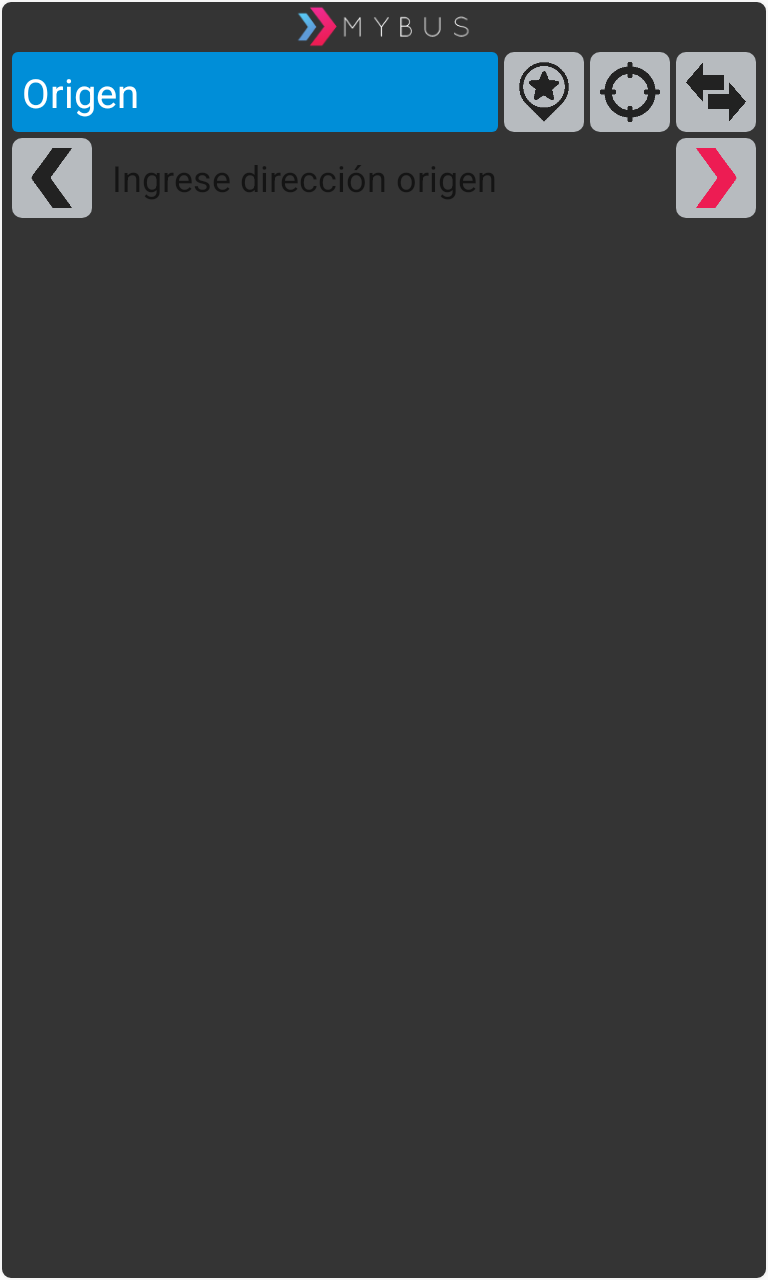
Repository: cooliopas/MyBus
Layout: MyBusAndroid/res/layout/fragment_filters.xml
An editor plug-in stored every save of this project. The layout is shown before and after the next save, followed by the edit.
It is drawn on a 768 x 1280 px phone screen (xhdpi) without system bars, with theme AppTheme; the app's code is not run. The app's manifest (not shown) leaves right-to-left support off. So textAlignment, textDirection and layoutDirection are ignored, and left and right values win over start and end ones.

Above is the layout before, as saved 2014-09-11 15:34:33.

### MyBusAndroid/res/layout/fragment_filters.xml
<?xml version="1.0" encoding="utf-8"?>
<LinearLayout xmlns:android="http://schemas.android.com/apk/res/android"
    android:id="@+id/layout_main_filter"
    android:layout_width="match_parent"
    android:layout_height="wrap_content"
    android:background="@layout/layout_bg"
    android:gravity="center|top"
    android:orientation="vertical" >

    <LinearLayout
        android:layout_width="match_parent"
        android:layout_height="26dp"
        android:gravity="center"
        android:paddingBottom="1dp"
        android:paddingTop="1dp" >

        <ImageView
            android:id="@+id/imageView1"
            android:layout_width="100dp"
            android:layout_height="24dp"
            android:scaleType="fitCenter"
            android:src="@drawable/logoblanco" />

    </LinearLayout>

    <LinearLayout
        android:layout_width="match_parent"
        android:layout_height="wrap_content"
        android:layout_marginBottom="3dp"
        android:background="@null"
        android:orientation="horizontal"
        android:paddingLeft="3dp"
        android:paddingRight="3dp" >

        <LinearLayout
            android:id="@+id/layout_orig_dest"
            android:layout_width="match_parent"
            android:layout_height="match_parent"
            android:layout_marginLeft="3dp"
            android:layout_weight="1"
            android:background="@layout/statusmode_origin"
            android:gravity="center|left"
            android:paddingLeft="5dp"
            android:paddingRight="0dp"
            android:paddingStart="5dp" >

            <TextView
                android:id="@+id/tv_orig_dest"
                android:layout_width="wrap_content"
                android:layout_height="wrap_content"

                android:text="@string/Origin"
                android:textAppearance="?android:attr/textAppearanceSmall"
                android:textColor="@color/pure_white"
                android:textSize="20dp"
                android:typeface="sans" />

        </LinearLayout>

        <LinearLayout
            android:layout_width="wrap_content"
            android:layout_height="match_parent"
            android:gravity="center|right" >

            <LinearLayout
                android:id="@+id/Layout_star"
                android:layout_width="wrap_content"
                android:layout_height="wrap_content"
                android:background="@null" >

                <ImageButton
                    android:id="@+id/b_favorites"
                    style="@style/ButtonDefaultStyle"
                    android:layout_marginLeft="3dp"
                    android:padding="5dp"
                    android:scaleType="fitXY"
                    android:src="@drawable/favorite" />

            </LinearLayout>

            <LinearLayout
                android:id="@+id/Layout_gps"
                android:layout_width="wrap_content"
                android:layout_height="wrap_content"
                android:background="@null" >

                <ImageButton
                    android:id="@+id/b_gps"
                    style="@style/ButtonDefaultStyle"
                    android:layout_marginLeft="3dp"
                    android:padding="5dp"
                    android:scaleType="fitXY"
                    android:src="@drawable/location" />

            </LinearLayout>

            <LinearLayout
                android:layout_width="wrap_content"
                android:layout_height="wrap_content" >

                <ImageButton
                    android:id="@+id/b_switch"
                    style="@style/ButtonDefaultStyle"
                    android:layout_marginLeft="3dp"
                    android:layout_marginRight="3dp"
                    android:cropToPadding="false"
                    android:padding="5dp"
                    android:scaleType="fitXY"
                    android:src="@drawable/cambio" />

            </LinearLayout>

        </LinearLayout>

    </LinearLayout>

    <RelativeLayout
        android:layout_width="wrap_content"
        android:layout_height="wrap_content"
        android:background="@null"
        android:paddingBottom="5dp"
        android:paddingLeft="3dp"
        android:paddingRight="3dp" >

        <LinearLayout
            android:id="@+id/Layout_origin"
            android:layout_width="match_parent"
            android:layout_height="wrap_content"
            android:background="@null"
            android:gravity="center"
            android:visibility="visible" >

            <ImageButton
                android:id="@+id/b_back_1"
                style="@style/ButtonDefaultStyle"
                android:layout_marginLeft="3dp"
                android:padding="5dp"
                android:scaleType="fitXY"
                android:src="@drawable/backhome" />

            <EditText
                android:id="@+id/et_origin"
                android:layout_width="match_parent"
                android:layout_height="match_parent"
                android:layout_marginLeft="10dp"
                android:layout_marginRight="10dp"
                android:layout_weight="1"
                android:background="@color/mybus_gray_dark"
                android:ems="10"
                android:hint="@string/IngreseOrigen"
                android:inputType="textPersonName"

                android:textColor="@color/white"
                android:typeface="sans" />

            <ImageButton
                android:id="@+id/b_confirm_origin"
                style="@style/ButtonDefaultStyle"
                android:layout_height="40dp"
                android:layout_marginRight="3dp"
                android:padding="5dp"
                android:scaleType="fitXY"
                android:src="@drawable/nextdestino" />

        </LinearLayout>

        <LinearLayout
            android:id="@+id/Layout_destiny"
            android:layout_width="match_parent"
            android:layout_height="wrap_content"
            android:background="@null"
            android:gravity="center"
            android:visibility="invisible" >

            <ImageButton
                android:id="@+id/b_back_2"
                style="@style/ButtonDefaultStyle"
                android:layout_marginLeft="3dp"
                android:padding="5dp"
                android:scaleType="fitXY"
                android:src="@drawable/backorigen" />

            <EditText
                android:id="@+id/et_destiny"
                android:layout_width="match_parent"
                android:layout_height="match_parent"
                android:layout_marginLeft="10dp"
                android:layout_marginRight="10dp"
                android:layout_weight="1"
                android:background="@color/mybus_gray_dark"
                android:hint="@string/IngreseDestino"
                android:inputType="textPersonName"
                android:textColor="@color/white"
                android:typeface="sans" />

                <!-- android:textColorLink="@android:color/holo_blue_light"  -->

            <ImageButton
                android:id="@+id/b_confirm_destiny"
                style="@style/ButtonDefaultStyle"
                android:layout_marginRight="3dp"
                android:padding="4dp"
                android:scaleType="fitXY"
                android:src="@drawable/botonbuscar" />

        </LinearLayout>

    </RelativeLayout>

</LinearLayout>

### MyBusAndroid/res/values/styles.xml
<resources xmlns:android="http://schemas.android.com/apk/res/android">

    <!--
        Base application theme, dependent on API level. This theme is replaced
        by AppBaseTheme from res/values-vXX/styles.xml on newer devices.




    -->
    <style name="AppBaseTheme" parent="@style/Theme.AppCompat.Light">
        <!--
            Theme customizations available in newer API levels can go in
            res/values-vXX/styles.xml, while customizations related to
            backward-compatibility can go here.




        -->
    </style>

    <!-- Application theme. -->
    <style name="AppTheme" parent="AppBaseTheme">

        <!-- All customizations that are NOT specific to a particular API-level can go here. -->
        <item name="android:actionBarStyle">@style/MyBusActionBar</item>
        <item name="actionBarStyle">@style/MyBusActionBar</item>

   		<!-- Straight import from http://stackoverflow.com/questions/16404820/how-to-set-default-font-family-for-entire-android-app -->
   	    <!--  <item name="android:textViewStyle">@style/RobotoTextViewStyle</item>
   	    <item name="android:editTextStyle">@style/RobotoTextViewStyle</item>
	    <item name="android:buttonStyle">@style/RobotoButtonStyle</item>-->
	    <item name="android:typeface">sans</item>

    </style>

    <style name="listRow" parent="android:Widget.Holo.Light.TextView">
        <item name="android:textColor">@color/white</item>
        <item name="android:layout_width">wrap_content</item>
        <item name="android:layout_height">wrap_content</item>
    </style>

    <style name="list" parent="android:Widget.Holo.Light.TextView">
        <item name="android:background">@color/mybus_gray_light</item>
        <item name="android:layout_width">wrap_content</item>
        <item name="android:layout_height">wrap_content</item>
    </style>

    <!-- Straight import from http://stackoverflow.com/questions/16404820/how-to-set-default-font-family-for-entire-android-app -->
    <style name="RobotoTextViewStyle" parent="android:Widget.TextView">
        <item name="android:typeface">sans</item>
    </style>

    <style name="RobotoButtonStyle" parent="android:Widget.Holo.Button">
        <item name="android:fontFamily">sans-serif-light</item>
    </style>

    <!-- Straight import from http://stackoverflow.com/questions/5861661 -->
    <style name="MyBusActionBar" parent="@style/Widget.AppCompat.Light.ActionBar">
        <item name="android:background">@color/mybus_gray_dark</item>
        <item name="background">@color/mybus_gray_dark</item>
        <item name="android:titleTextStyle">@style/ActionBarTitleText</item>
        <item name="titleTextStyle">@style/ActionBarTitleText</item>
    </style>

    <style name="ActionBarTitleText" parent="@style/TextAppearance.AppCompat.Widget.ActionBar.Title">
        <item name="android:textColor">@color/white</item>
    </style>

    <style name="ActionBarSubTitleText" parent="@style/TextAppearance.AppCompat.Widget.ActionBar.Subtitle">
        <item name="android:textColor">@color/white</item>
    </style>

    <style name="DefaultWhiteText" parent="@style/AppTheme">
        <item name="android:textColor">@color/white</item>
    </style>

    <style name="ButtonDefaultStyle">
        <item name="android:background">@layout/button_bg</item>
        <item name="background">@layout/button_bg</item>
        <item name="android:layout_width">40dp</item>
        <item name="android:layout_height">40dp</item>
    </style>

    <style name="Bg_infobus">
        <item name="android:background">@layout/litght_bg_infobus</item>
        <item name="background">@layout/litght_bg_infobus</item>
        <item name="android:layout_width">50dp</item>
        <item name="android:layout_height">wrap_content</item>
    </style>

</resources>

### MyBusAndroid/res/values-v14/styles.xml
<resources>

    <!--
        Base application theme for API 14+. This theme completely replaces
        AppBaseTheme from BOTH res/values/styles.xml and
        res/values-v11/styles.xml on API 14+ devices.
    -->
    <style name="AppBaseTheme" parent="@style/Theme.AppCompat.Light">
        <!-- API 14 theme customizations can go here. -->
    </style>

</resources>

### MyBusAndroid/res/values/colors.xml
<?xml version="1.0" encoding="utf-8"?>
<resources>
    <item name="fondo_row" type="color">#f5f5f5</item>
    <item name="color_511a" type="color">#4d0302</item>
    <item name="color_511b" type="color">#4d0302</item>
    <item name="color_511ch" type="color">#4d0302</item>
    <item name="color_511f" type="color">#4d0302</item>
    <item name="color_511g" type="color">#4d0302</item>
    <item name="color_511p" type="color">#4d0302</item>
    <item name="color_511Ron" type="color">#4d0302</item>
    <item name="color_512a" type="color">#4d0302</item>
    <item name="color_512b" type="color">#4d0302</item>
    <item name="color_521" type="color">#d60405</item>
    <item name="color_522" type="color">#d60405</item>
    <item name="color_523" type="color">#d60405</item>
    <item name="color_525" type="color">#d60405</item>
    <item name="color_531" type="color">#2c800e</item>
    <item name="color_532" type="color">#2c800e</item>
    <item name="color_533" type="color">#2c800e</item>
    <item name="color_541" type="color">#d60405</item>
    <item name="color_542" type="color">#d60405</item>
    <item name="color_543" type="color">#d60405</item>
    <item name="color_551" type="color">#d60405</item>
    <item name="color_552" type="color">#d60405</item>
    <item name="color_552a" type="color">#d60405</item>
    <item name="color_553" type="color">#d60405</item>
    <item name="color_554" type="color">#d60405</item>
    <item name="color_555" type="color">#d60405</item>
    <item name="color_562" type="color">#00338e</item>
    <item name="color_563a" type="color">#00338e</item>
    <item name="color_563b" type="color">#00338e</item>
    <item name="color_571a" type="color">#f77306</item>
    <item name="color_571b" type="color">#f77306</item>
    <item name="color_573" type="color">#f77306</item>
    <item name="color_573b" type="color">#f77306</item>
    <item name="color_581" type="color">#e50000</item>
    <item name="color_591a" type="color">#2e88d6</item>
    <item name="color_591b" type="color">#2e88d6</item>
    <item name="color_593a" type="color">#2e88d6</item>
    <item name="color_593b" type="color">#2e88d6</item>
    <item name="color_717cv" type="color">#4d0302</item>
    <item name="color_717lp" type="color">#4d0302</item>
    <item name="color_717sp" type="color">#4d0302</item>
    <item name="color_720" type="color">#01755e</item>
    <item name="origin_blue" type="color">#008ed8</item>
    <item name="dest_purple" type="color">#d80056</item>
    <item name="white" type="color">#FFFFFF</item>
    <item name="black" type="color">#000000</item>
    <item name="mybus_gray_dark" type="color">#343434</item>
    <item name="mybus_gray_light" type="color">#6b6b6b</item>
  	<item name="background_base_window" type="color">#eeeeee</item>
  	<item name="pure_white" type="color">#ffffff</item>
  	<item name="naranja1" type="color">#D7AD00</item>
  	<item name="light_gray" type="color">#b7bbbf</item>
  	<item name="splash_silver" type="color">#f2f2f3</item>


</resources>

### MyBusAndroid/res/layout/layout_bg.xml
<?xml version="1.0" encoding="utf-8"?>
<shape xmlns:android="http://schemas.android.com/apk/res/android">
    <solid android:color="@color/mybus_gray_dark"/>
    <stroke android:width="1dip" android:color="#f5f5f5" />
    <corners android:radius="5dip"/>
    <padding android:left="0dip" android:top="0dip" android:right="0dip" android:bottom="0dip" />
</shape>

### MyBusAndroid/res/layout/statusmode_origin.xml
<?xml version="1.0" encoding="utf-8"?>
<shape xmlns:android="http://schemas.android.com/apk/res/android">
    <solid android:color="@color/origin_blue"/>
    <stroke android:width="0dip" android:color="#B1BCBE" />
    <corners android:radius="3dip"/>
    <padding android:left="5dip" android:top="0dip" android:right="0dip" android:bottom="0dip" />
</shape>

### MyBusAndroid/res/values/strings.xml
<?xml version="1.0" encoding="utf-8"?>
<resources>

    <string-array name="navigation_drawer_items_array">
        <item>Lugares favoritos</item>
        <item>Puntos de carga cercanos</item>
        <item>Tarifas</item>
        <item>Recorridos</item>
        <item>Configuración</item>
    </string-array>

    <string name="app_name">MyBus</string>
    <string name="action_settings">Settings</string>
    <string name="title_section1">Section 1</string>
    <string name="title_section2">Section 2</string>
    <string name="title_section3">Section 3</string>
    <string name="closest_recharge_points">Puntos de recarga cercanos</string>
    <string name="confirm">Confirmar</string>
    <string name="deletion_confirmation">¿Quiere borrar esta ubicación?</string>
    <string name="favorites_list_purge">Vaciar lista</string>
    <string name="btn_show_on_map">Mostrar en mapa</string>
    <string name="label_check_favorites">Mostrar favoritos en el mapa</string>
    <string name="label_check_stations">Mostrar puntos de carga en el mapa</string>
    <string name="reselect_message">¿Desea reseleccionar el punto?</string>
    <string name="Select">Seleccionar</string>
    <string name="Origin">Origen</string>
    <string name="Destination">Destino</string>
    <string name="Destinationlocation">Ubicación de destino</string>
    <string name="Originlocation">Ubicación de origen</string>
    <string name="Favorites">Favoritos</string>
    <string name="MarkerOptions">Opciones del Marcador</string>
    <string name="Buses">Colectivos</string>
    <string name="action_bar_show_map">Mostrar mapa</string>
    <string name="FavName">Nombre del favorito</string>
    <string name="Time">Tiempo</string>
    <string name="Km">Km.</string>
    <string name="Distance">Dist.</string>
    <string name="Caminar">Caminar</string>
    <string name="HaciaParada">hacia</string>
    <string name="Tomar">Tomar </string>
    <string name="Descender">Descender en</string>
    <string name="InfoRecorrido">Informacion de Recorrido</string>
    <string name="CargandoRuta">"Cargando ruta..."</string>
    <string name="NoResults">No se encontraron resultados para esta búsqueda</string>
    <string name="warning_trash_favorites">¿Realmente desea vaciar la lista de favoritos?</string>
    <string name="CaminarHasta">Caminar hasta</string>
	<string name="MiPosicionActual">Mi posición actual</string>
	<string name="Yo">Yo</string>
	<string name="PuntoFueraDeRango">Este punto está fuera de rango</string>
	<string name="Minutos">Minutos</string>
	<string name="Kms">Kms.</string>
	<string name="Minutos2">Min.</string>
	<string name="recharge_point_schedule">"Horario: "</string>
	<string name="mode_recharge_stations">Modo de mapa: puntos de recarga</string>
	<string name="recharge_stations">Puntos de recarga</string>
	<string name="map_failure_warning">No se puede crear el mapa</string>
	<string name="marker_loading">Buscando Ubicación...</string>
	<string name="server_connection_failure_notice">No se puede conectar con el servidor</string>
	<string name="queried_address_failure">No hay resultados para el domicilio solicitado</string>
	<string name="bus_stop">Parada</string>
	<string name="bus_line">"Línea "</string>
	<string name="line_start">(principio)</string>
	<string name="line_end">(fin)</string>
	<string name="favorites_list_empty">No has creado ubicaciones favoritas aún.</string>
	<string name="correct_value_origin">Ingrese un valor correcto para el origen o toque el mapa</string>
	<string name="correct_value_destination">Ingrese un valor correcto para el destino o toque el mapa</string>
    <string name="org_dest_must_completed">Los puntos de origen y destino deben estar ingresados</string>
    <string name="new_favorite_added">Nuevo favorito agregado</string>
    <string name="char_min">El nombre debe tener como minimo 3 caracteres</string>
    <string name="complete_markers">Deben estar ingresados el origen y el destino para el intercambio</string>
    <string name="switch_complete">Intercambio realizado</string>
    <string name="IngreseOrigen">"Ingrese dirección origen"</string>
    <string name="IngreseDestino">"Ingrese dirección destino"</string>
    <string name="BuscandoDireccion">Buscando Direccion...</string>
</resources>

### MyBusAndroid/res/layout/button_bg.xml
<?xml version="1.0" encoding="utf-8"?>
<selector
xmlns:android="http://schemas.android.com/apk/res/android">

<item android:state_pressed="true" >
    <shape>
        <solid android:color="#7AB6D1"/>
    	<stroke android:width="0dip" android:color="#B1BCBE" />
    	<corners android:radius="5dip"/>
    	<padding android:left="0dip" android:top="0dip" android:right="0dip" android:bottom="0dip" />
    </shape>
</item>

<item android:state_pressed="false" >
    <shape>
	    <solid android:color="@color/light_gray"/>
	    <stroke android:width="0dip" android:color="#B1BCBE" />
	    <corners android:radius="5dip"/>
	    <padding android:left="0dip" android:top="0dip" android:right="0dip" android:bottom="0dip" />
	</shape>
</item>

</selector>

Loaded but not shown: MyBusAndroid/res/values-v11/styles.xml (common file)

After the next save:
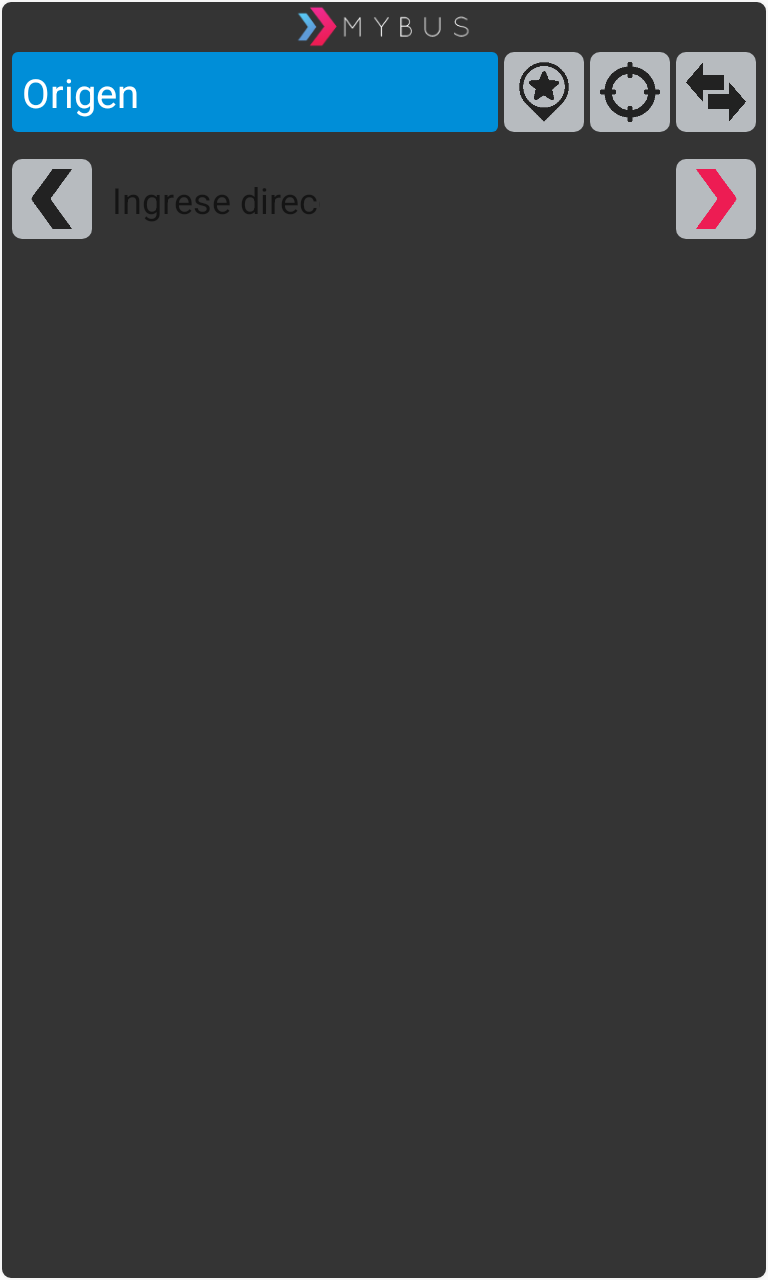
Saved 4 min 20 s later.
--- a/MyBusAndroid/res/layout/fragment_filters.xml
+++ b/MyBusAndroid/res/layout/fragment_filters.xml
@@ -152,6 +152,14 @@
 
                 android:textColor="@color/white"
                 android:typeface="sans" />
+
+            <AutoCompleteTextView
+	         android:id="@+id/autoCompleteOrigin"
+	         android:layout_width="wrap_content"
+	         android:layout_height="wrap_content"
+	         android:layout_below="@+id/et_origin"
+	         android:layout_marginTop="20dp"
+	         android:ems="8" />
 
             <ImageButton
                 android:id="@+id/b_confirm_origin"
@@ -193,6 +201,14 @@
                 android:textColor="@color/white"
                 android:typeface="sans" />
 
+             <AutoCompleteTextView
+	         android:id="@+id/autoCompleteDestiny"
+	         android:layout_width="wrap_content"
+	         android:layout_height="wrap_content"
+	         android:layout_below="@+id/et_destiny"
+	         android:layout_marginTop="20dp"
+	         android:ems="8" />
+
                 <!-- android:textColorLink="@android:color/holo_blue_light"  -->
 
             <ImageButton
